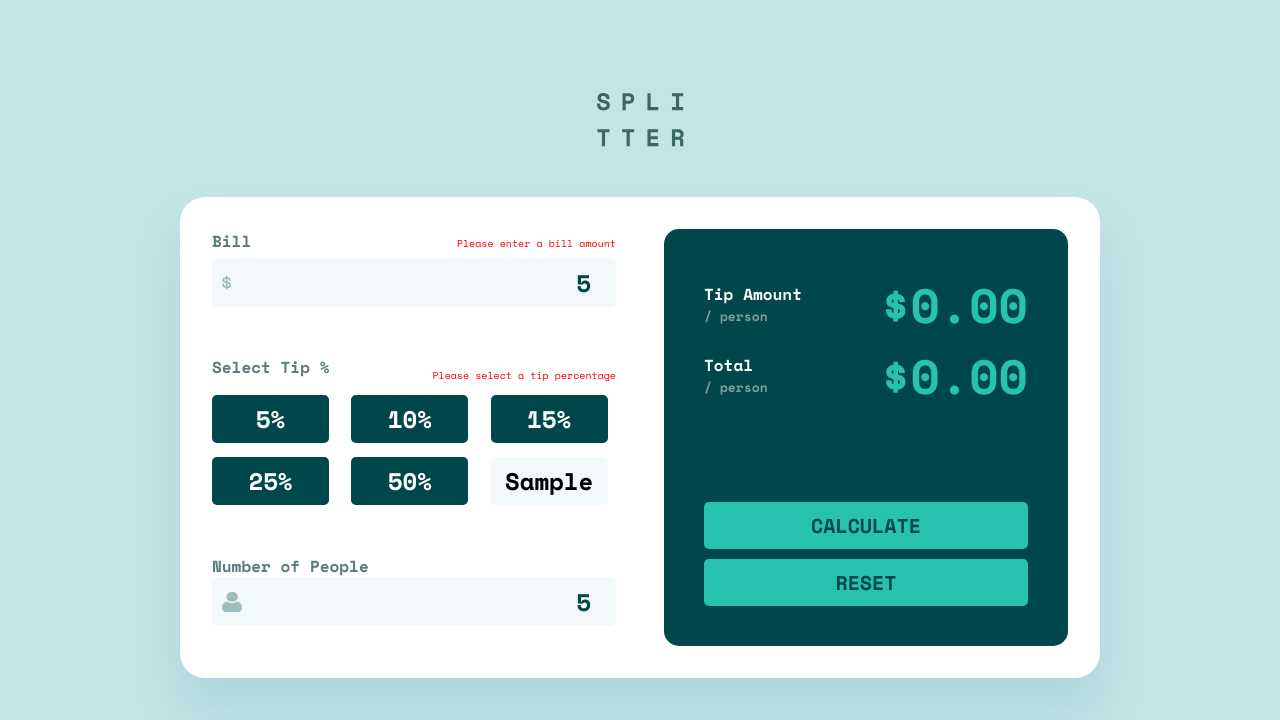
Repository: brandontaylor1/splitter
Page: index.html
The author's editor kept a copy of each file at every save. The page is drawn from the files as they stood at one save, then again after a run of saves.
The browser window is 1280 px wide. The pictures show the whole page.
Empty fields were first filled with sample values (such as "Sample", 5 or name@example.com).
After loading, the first visible `#calculate-button` was clicked once.

Above is the page before, as saved 2025-02-07 14:01:44.
Console error: ReferenceError: tip is not defined

### index.html
<!DOCTYPE html>
<html lang="en">
<head>
    <meta charset="UTF-8">
    <meta name="viewport" content="width=device-width, initial-scale=1.0">
    <link rel="preconnect" href="https://fonts.googleapis.com">
    <link rel="preconnect" href="https://fonts.gstatic.com" crossorigin>
    <link href="https://fonts.googleapis.com/css2?family=Space+Mono:ital,wght@0,400;0,700;1,400;1,700&display=swap" rel="stylesheet">
    <link rel="stylesheet" href="styles.css">
    <title>Splitter | Tip Calculator</title>
</head>
<body>
    <img src="./assets/images/logo.svg" id="logo-image" alt="logo image">
    <h1 class="error-message" id="form-error"></h1>
    <main class="container">
        <form>
            <div class="left-column">
                <div class="bill-input">
                    <div class="bill-titles">
                        <h2>Bill</h2>
                        <p class="error-message" id="bill-error"></p>
                    </div>
                    <div class="bill-input-with-icon">
                        <input type="number" min="0.00" max="10000.00" id="bill-input" placeholder="$0.00">
                    </div>
                </div>
                <div class="tip-input">
                    <div class="tip-titles">
                        <h2 id="select-tip-title">Select Tip %</h2>
                        <p class="error-message" id="tip-error"></p>
                    </div>
                    <div class="tip-buttons">
                        <button type="button" class="tip-button" value=".05">5%</button>
                        <button type="button" class="tip-button" value=".10">10%</button>
                        <button type="button" class="tip-button" value=".15">15%</button>
                        <button type="button" class="tip-button" value=".25">25%</button>
                        <button type="button" class="tip-button" value=".50">50%</button>
                        <input type="text" id="custom-tip" placeholder="Custom">
                    </div>
                </div>
                <div class="number-of-people-input">
                    <div class="people-titles">
                        <h2 id="number-of-people-title">Number of People</h2>
                        <p class="error-message" id="people-error"></p>
                    </div>
                    <div class="person-input-with-icon">
                        <input type="number" id="number-of-people-input" placeholder="0">
                    </div>
                </div>
            </div>
        </form>
        <div class="right-column">
                <div class="info-container">
                    <div class="tip-calculations">
                        <div class="tip-amount">
                            <div class="info">
                                <h3>Tip Amount</h3>
                                <p>/ person</p>
                            </div>
                            <div class="amount">
                                <h1 id="tip-amount">$0.00</h1>
                            </div>
                        </div>
                        <div class="total">
                            <div class="info">
                                <h3>Total</h3>
                                <p>/ person</p>
                            </div>
                            <div class="amount">
                                <h1 id="total-amount">$0.00</h1>
                            </div>
                        </div>
                    </div>
                    <div class="button-container">
                        <button type="button" id="calculate-button">
                            CALCULATE
                        </button>
                        <button type="button" id="reset-button">
                            RESET
                        </button>
                    </div>
        </div>
    </main>

    <script src="index.js"></script>
</body>
</html>

### styles.css
* {
    box-sizing: border-box;
    margin: 0;
    padding: 0;
}

:root {
    --background-color: #C5E4E7;
    --input-button-color: #00474B;
    --primary-white: #fff;
    --calculated-numbers-color: #26C2AE;
    --input-title-color: #5E7A7D;
    --input-background-color: #F3F9FA;
    --input-icon-color: #9EBBBD;
    --title-text-color: #3D6666;
    --custom-input-color: #547878;
}

/* UTILITY CLASSES */
.space-mono-regular {
    font-family: "Space Mono", serif;
    font-weight: 400;
    font-style: normal;
  }

  .space-mono-bold {
    font-family: "Space Mono", serif;
    font-weight: 700;
    font-style: normal;
  }

  .space-mono-regular-italic {
    font-family: "Space Mono", serif;
    font-weight: 400;
    font-style: italic;
  }

  .space-mono-bold-italic {
    font-family: "Space Mono", serif;
    font-weight: 700;
    font-style: italic;
  }


body {
    background-color: #C5E4E7;
    height: 100vh;
    width: 100%;
    display: flex;
    flex-direction: column;
    justify-content: center;
    align-items: center;
    font-family: "Space Mono", monospace;
}

#logo-image {
    margin: 50px 0;
}


.container {
    background-color: var(--primary-white);
    width: 920px;
    height: 481px;
    border-radius: 25px;
    box-shadow: 0px 32px 43px 0px rgba(79, 166, 175, 0.20);
    display: grid;
    gap: 48px;
    grid-template-columns: 1fr 1fr;
    padding: 32px;
}

.left-column {
    display: flex;
    flex-direction: column;
    justify-content: space-between;
    width: 100%;
    height: 100%;
}

.right-column {
    grid-column: 2 / 3;
    width: 100%;
    height: 100%;
    border-radius: 15px;
    background-color: var(--input-text-color);
}

input {
    height: 48px;
    width: 100%;
    padding: 10px;
    display: flex;
    flex-direction: row;
    justify-content: space-between;
    background-color: var(--input-background-color);
    border: none;
    border-radius: 5px;
    margin-bottom: 20px;
}

.person-input-with-icon input{
    width: 100%;
    font-family: "Space Mono", monospace;
    font-size: 24px;
    color: #00474B;
    font-weight: 600;
    background-image: url("./assets/images/icon-person.svg");
    background-repeat: no-repeat;
    background-position: 10px center;
    background-size: 20px 20px;
    text-align: right;
}

#bill-input {
    width: 100%;
    font-family: "Space Mono", monospace;
    font-size: 24px;
    font-weight: 600;
}

#number-of-people-input {
    width: 100%;
    font-family: "Space Mono", monospace;
    font-size: 24px;
    color: #00474B;
    font-weight: 600;
}

.bill-input-with-icon input {
    width: 100%;
    font-family: "Space Mono", monospace;
    font-size: 24px;
    color: #00474B;
    font-weight: 600;
    background-image: url("./assets/images/icon-dollar.svg");
    background-repeat: no-repeat;
    background-position: 10px center;
    background-size: auto 15px;
    text-align: right;
}

.bill-input h2 {
    font-size: 16px;
    color: var(--input-title-color);
    margin-bottom: 6px;
}

.tip-buttons {
    display: grid;
    grid-template-columns: repeat(3, 1fr);
    gap: 14px;
}

#select-tip-title {
    color: #5E7A7D;
    font-size: 16px;
    margin-bottom: 16px;
}

.tip-button {
    width: 117px;
    height: 48px;
    flex-shrink: 0;
    border: none;
    border-radius: 5px;
    background-color: #00474B;
    color: var(--primary-white);
    font-family: "Space Mono", monospace;
    font-size: 24px;
    font-weight: 600;
}


.tip-button:hover {
    background-color: #26C2AE;
    color: #00474B;
}

.active {
    background-color: #26C2AE;
    color: #00474B;
}

.disabled {
    background-color: #00474B;
    color: #5E7A7D;
    opacity: .5;
}

#custom-tip {
    width: 117px;
    height: 48px;
    flex-shrink: 0;
    text-align: center;
    font-size: 24px;
    font-weight: 600;
    font-family: "Space Mono", monospace;
}

#number-of-people-title {
    color: #5E7A7D;
    font-size: 16px;
}


.right-column {
    background-color: #00474B;
    padding: 40px;
    display: flex;
    flex-direction: column;
    justify-content: space-between;
}

.info-container {
    display: flex;
    flex-direction: column;
    justify-content: space-between;
    height: 100%;

}

.tip-amount, .total {
    display: flex;
    flex-direction: row;
    justify-content: space-between;
    align-items: center;
    color: var(--primary-white);
}

.amount {
    color: #26C2AE;
    font-size: 24px;
    font-family: "Space Mono", monospace;
}

.info h3 {
    font-size: 16px;
    color: var(--primary-white);
}

.info p {
    font-size: 13px;
    color: #7F9D9F;
    font-family: "Space Mono", monospace;
    font-weight: 700;
}

.button-container {
    display: flex;
    flex-direction: column;


}

#calculate-button   {
    padding: 9px 40px;
    text-align: center;
    border: none;
    cursor: pointer;
    background-color: #26C2AE;
    color: #00474B;
    border-radius: 5px;
    font-size: 20px;
    font-weight: 600;
    font-family: "Space Mono", monospace;
    margin-bottom: 10px;
}

#reset-button {
    padding: 9px 40px;
    text-align: center;
    border: none;
    cursor: pointer;
    background-color: #26C2AE;
    color: #00474B;
    border-radius: 5px;
    font-size: 20px;
    font-weight: 600;
    font-family: "Space Mono", monospace;
}

.error-message {
    color: red;
    font-size: 10px;
}

.bill-titles, .people-titles, .tip-titles {
    display: flex;
    flex-direction: row;
    justify-content: space-between;
    align-items: center;
}

#form-error {
    font-size: 18px;
}

@media screen and (max-width: 852px) {
    .container {
        width: 90%;
        height: 100%;
        display: flex;
        flex-direction: column;
        justify-content: space-between;
        padding: 20px;
    }

    .right-column {
        grid-column: 1 / 2;
        width: 100%;
        height: 100%;
        border-radius: 15px;
        background-color: var(--input-text-color);
    }

    .left-column {
        display: flex;
        flex-direction: column;
        justify-content: space-between;
        width: 100%;
        height: 100%;
    }

    .right-column {
        background-color: #00474B;
        padding: 40px;
        display: flex;
        flex-direction: column;
        justify-content: space-between;
    }

    .info-container {
        display: flex;
        flex-direction: column;
        justify-content: space-between;
        height: 100%;
    }

    .tip-amount, .total {
        display: flex;
        flex-direction: row;
        justify-content: space-between;
        align-items: center;
        color: var(--primary-white);
    }

    .amount {
        color: #26C2AE;
        font-size: 24px;
        font-family: "Space Mono", monospace;
    }

    .info h3 {
        font-size: 16px;
        color: var(--primary-white);
    }

    .info p {
        font-size: 13px;
        color: #7F9D9F;
        font-family: "Space Mono", monospace;
        font-weight: 700;
    }

    .button-container {
        display: flex;
        flex-direction: column;
    }

    #calculate-button   {
        padding: 9px 40px;
        text-align: center;
        border: none;
        cursor: pointer;
        background-color: #26C2AE;
        color: #00474B;
        border-radius: 5px;
        font-size: 20px;
        font-weight: 600;
        font-family: "Space Mono", monospace;
        margin-bottom: 10px;
    }

    #reset-button {
        padding: 9px 40px;
        text-align: center;
        border: none;
        cursor: pointer;
        background-color: #26C2AE;
    }
}

### index.js
const billInput = document.querySelector("#bill-input");
const peopleInput = document.querySelector("#number-of-people-input");
const tipAmountElement = document.getElementById("tip-amount");
const totalAmountElement = document.getElementById("total-amount");
const tipButtons = document.querySelectorAll('.tip-button')

const calculateBtn = document.querySelector("#calculate-button");
const resetBtn = document.querySelector("#reset-button");
const formError = document.querySelector('#form-error')
const peopleError = document.querySelector("#people-error");
const billError = document.querySelector('#bill-error')
const tipError = document.querySelector('#tip-error')

let billAmount = 0
let tipPercentage = 0
let numberOfPeople = 0

tipButtons.forEach(button => {
    button.addEventListener('click', () => {
        if(button.classList.contains('active')) {
            button.classList.remove('active')
        } else {
            button.classList.add('active')
        }
        tipPercentage = button.value
        console.log(tipPercentage)
    })
})

function validateAmount(input) {
    if(!isNaN(input) && input !== "" && input > 0) {
        const dollarAmount = parseFloat(input);
        billAmount = dollarAmount;
    } else {
        console.log("Invalid input. Please enter a valid number");
        billError.textContent = "Please enter a valid number";
    }
}

function validatePeople(input) {
    if(!isNaN(input) && input !== "" && input > 0) {
        const people = parseFloat(input);
        numberOfPeople = people;
        console.log(numberOfPeople)
    } else {
        console.log("Invalid input. Please enter a valid number");
        peopleError.textContent = "Please enter a valid number";
    }
}

function calculateTipAmount(bill, tipCalculated, people) {
    return (bill * tipCalculated) / people
}

function calculateTotalAmount(bill, tipAmount, people) {
    return (bill + tipAmount) / people

}

calculateBtn.addEventListener("click", () => {
    let hasError = false;

    if(billAmount === undefined || tipPercentage === undefined || numberOfPeople === undefined) {
        formError.innerText = "Please fill out all fields";
        hasError = true;
    }

    if (billAmount === undefined || billAmount === "" || billAmount === 0) {
        billError.innerText = "Please enter a bill amount";
        hasError = true;
        tipAmountElement.innerText = "$0.00";
        totalAmountElement.innerText = "$0.00";
    } else {
        billError.innerText = "";
    }

    if (tipPercentage === undefined || tipPercentage === "" || tipPercentage === 0) {
        tipError.innerText = "Please select a tip percentage";
        hasError = true;
        tip.innerText = "$0.00";
        total.innerText = "$0.00";
    } else {
        tipError.innerText = "";
    }

    if (numberOfPeople === undefined || numberOfPeople === "" || numberOfPeople === 0) {
        peopleError.innerText = "Please enter a valid number";
        hasError = true;
        tip.innerText = "$0.00";
        total.innerText = "$0.00";
    } else {
        peopleError.innerText = "";
    }


    const tipAmount = calculateTipAmount(billAmount, tipPercentage, numberOfPeople)
    const totalAmount = calculateTotalAmount(billAmount, tipAmount, numberOfPeople)

    tipAmountElement.innerText = `$${tipAmount.toFixed(2)}`;
    totalAmountElement.innerText = `$${totalAmount.toFixed(2)}`;

    calculateBtn.disabled = true;

})

resetBtn.addEventListener("click", () => {
    billInput.value = ""
    peopleInput.value = ""
    tipAmount = 0
    totalBill = 0
    tipAmountElement.innerText = "$0.00"
    totalAmountElement.innerText = "$0.00"
    tipButtons.forEach(button => {
        button.classList.remove('active')
    })
    tipPercentage = 0
    billAmount = 0
    numberOfPeople = 0
    formError.innerText = ""
    billError.innerText = ""
    tipError.innerText = ""
    peopleError.innerText = ""

    calculateBtn.disabled = false

})

billInput.addEventListener("input", () => {
    console.log(billInput.value);
    validateAmount(billInput.value);
})

peopleInput.addEventListener("input", () => {
    console.log(peopleInput.value);
    validatePeople(peopleInput.value);
})

After the next 5 saves:
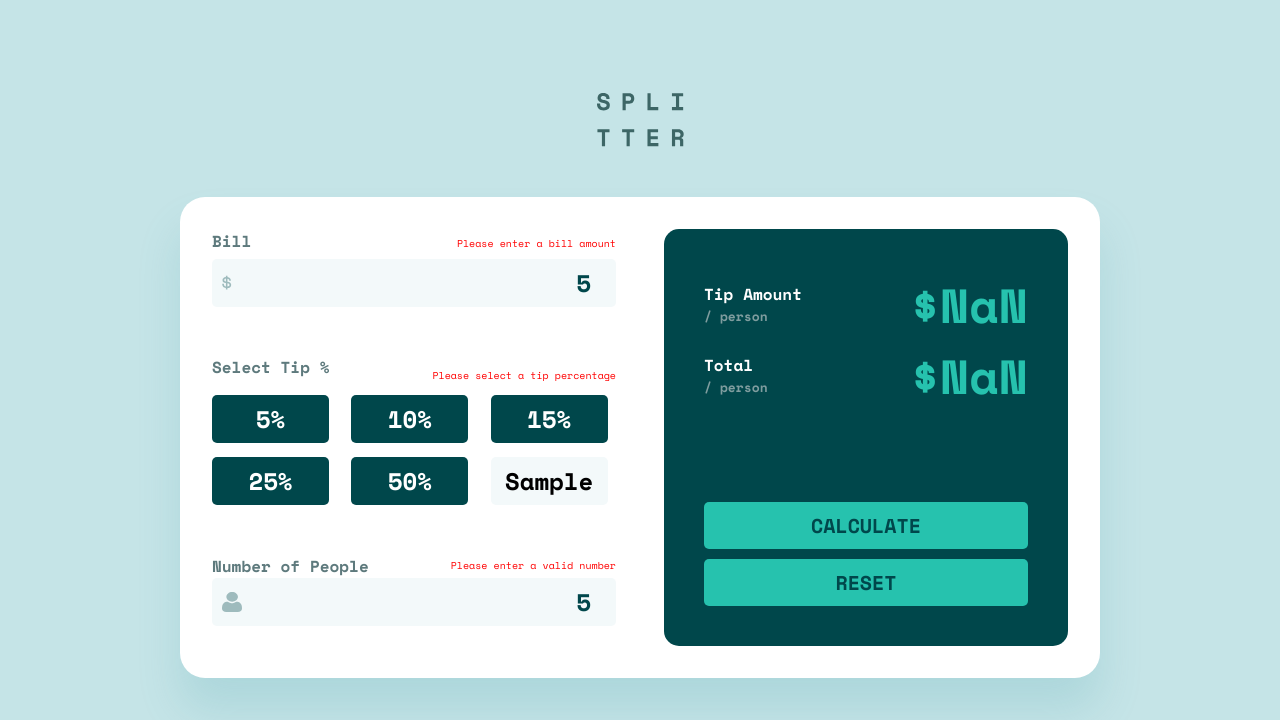
The error is gone.
The 5 saves are shown as one change because they came seconds apart.
The last was saved 14 s later.
--- a/index.js
+++ b/index.js
@@ -77,8 +77,8 @@ calculateBtn.addEventListener("click", () => {
     if (tipPercentage === undefined || tipPercentage === "" || tipPercentage === 0) {
         tipError.innerText = "Please select a tip percentage";
         hasError = true;
-        tip.innerText = "$0.00";
-        total.innerText = "$0.00";
+        tipAmountElement.innerText = "$0.00";
+        totalAmountElement.innerText = "$0.00";
     } else {
         tipError.innerText = "";
     }
@@ -86,8 +86,8 @@ calculateBtn.addEventListener("click", () => {
     if (numberOfPeople === undefined || numberOfPeople === "" || numberOfPeople === 0) {
         peopleError.innerText = "Please enter a valid number";
         hasError = true;
-        tip.innerText = "$0.00";
-        total.innerText = "$0.00";
+        tipAmountElement.innerText = "$0.00";
+        totalAmountElement.innerText = "$0.00";
     } else {
         peopleError.innerText = "";
     }
